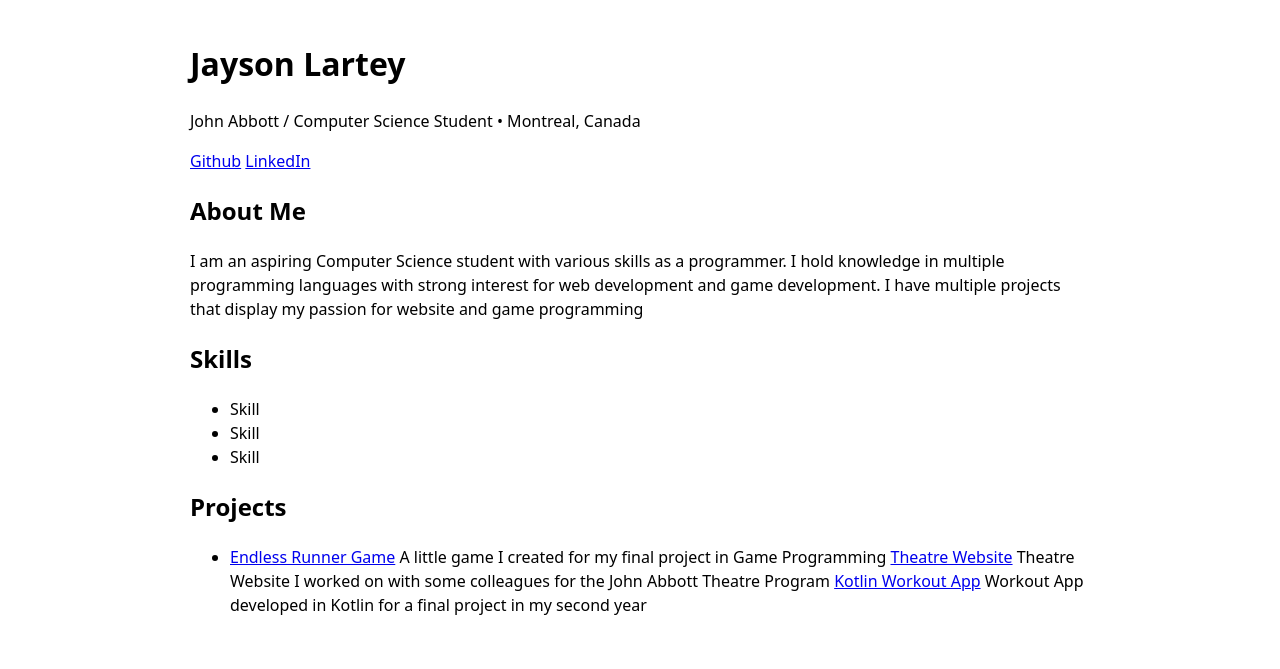
Repository: jaysonlartey/jaysonlartey.github.io
Page: index.html
The author's editor kept a copy of each file at every save. The page is drawn from the files as they stood at one save, then again after the next save.
The browser window is 1280 px wide. The pictures show the whole page.

Above is the page before, as saved 2025-12-12 18:23:28.

After the next save:
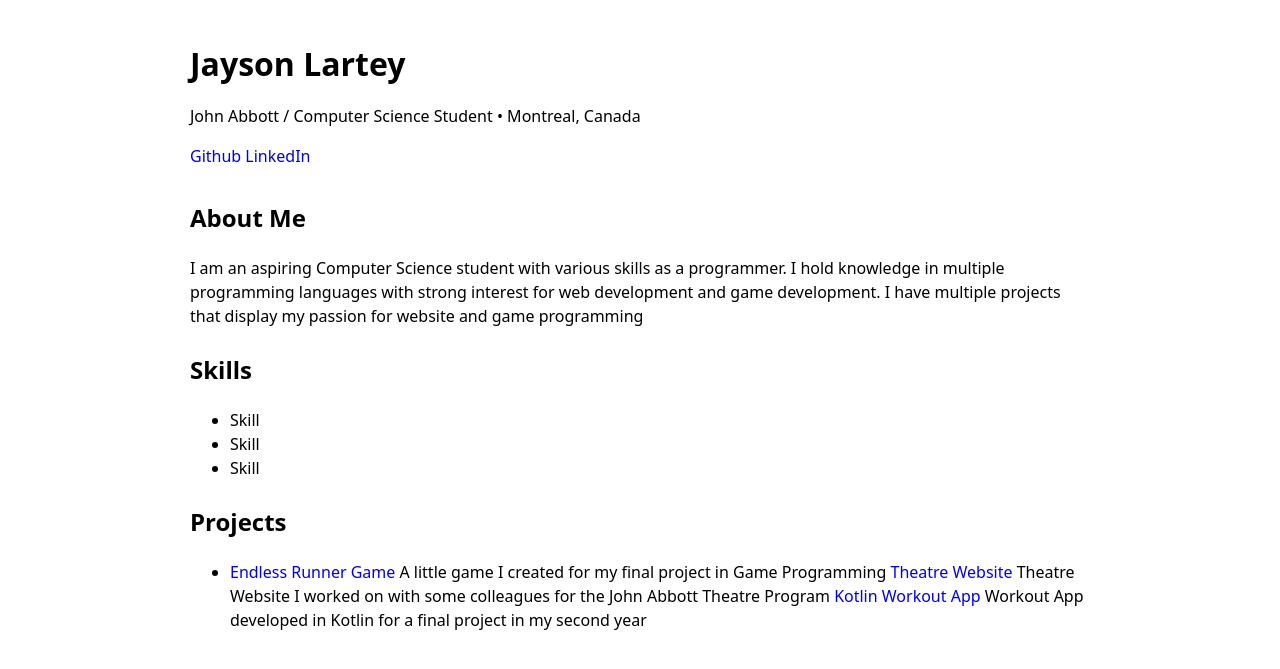
Saved 76 s later.
--- a/style.css
+++ b/style.css
@@ -1,3 +1,19 @@
 body{
     font-family: system-ui, Arial, sans-serif; max-width: 900px; margin:40px auto; padding: 0 16px; line-height: 1.5;
 }
+
+header{
+    margin-bottom: 32px;
+}
+h1{
+    margin: 0 0 8px
+}
+section{
+    margin: 24px 0;
+}
+a{
+    text-decoration: none;
+}
+a:hover{
+    text-decoration: underline;
+}
